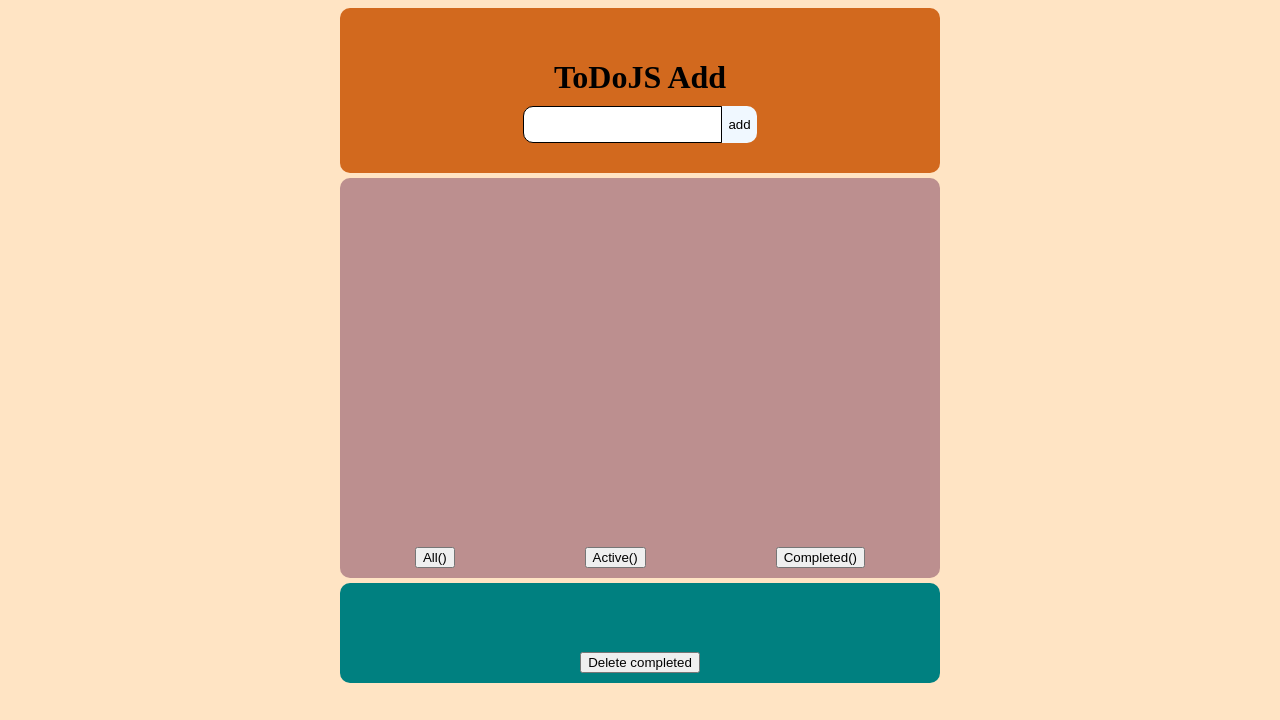
Repository: Savich01/ToDo
Page: index.html
The author's editor kept a copy of each file at every save. The page is drawn from the files as they stood at one save, then again after the next save.
The browser window is 1280 px wide. The pictures show the whole page.

Above is the page before, as saved 2024-05-03 15:48:38.

### index.html
<!DOCTYPE html>
<html lang="en">
<head>
    <meta charset="UTF-8">
    <meta name="viewport" content="width=device-width, initial-scale=1.0">
    <link rel="stylesheet" href="css/style.css">
    <title>ToDO</title>
</head>
<body>
    <header class="header">
        <div class="header-block">
            <div class="header-block__sub">
                <h1 class="title">ToDoJS Add</h1>
                <form class="personal" action="#">
                    <input type="text" class="personal-input">
                    <button class="personal-btn">add</button>
                </form>
            </div>
        </div>
    </header>
     <main class="main">
        <div class="main-block">
            <div class="main-container">

            </div>
            <div class="main-button">
                 <button class="main-btn1">All()</button>
                 <button class="main-btn2">Active()</button>
                 <button class="main-btn3">Completed()</button>
            </div>
            </div>
     </main>
     <footer class="footer">
        <div class="footer-block">
            <div class="footer-btn">
                <button class="btn">Delete completed</button>
            </div>
        </div>
     </footer>
        <script src="js/script.js"></script>
</body>
</html>

### css/style.css
/*------------HEADER-------------------------------------*/

body {
    max-width: 100%;
    background: #FFE4C4;
}
.header {
    margin-bottom: 5px;
}
.header-block {
    max-width: 600px;
    margin: 0 auto;
    background: #D2691E;
    border-radius: 10px;
}
 .header-block__sub {
    display: flex;
    flex-direction: column;
    justify-content: center;
    align-items: center;
    padding: 30px 0px;
 }

 .title {
    margin-bottom: 10px;
 }

 .personal {
    display: flex;
    justify-content: center;
 }

 .personal-input{
    padding: 10px;
    border: 1px solid #000;
    border-radius: 10px 0px 0px 10px;
 }
.personal-btn {
    border: none;
    background-color: aliceblue;
    border-radius: 0px 10px 10px 0px;
    cursor: pointer;
}
/*------------------MAIN-------------------------------------*/

.main-block {
   max-width: 600px;
   margin: 0 auto;
   background: #BC8F8F;
   height: 400px;
   border-radius: 10px;
   display:flex;
   flex-direction: column;
   justify-content: space-between;
   margin-bottom: 5px;
}
.main-button {
    padding: 10px;
    display: flex;
    align-items: flex-end;
    justify-content: space-around

}
.main-container {
    padding: 5px;
}
/*------------------FOOTER--------------------------------------------------*/

.footer-block {
    max-width: 600px;
    margin: 0 auto;
    background: #008080;
    height: 100px;
    border-radius: 10px;
    display: flex;
    align-items: flex-end;
    justify-content: space-around;
}
.footer-btn {
    padding: 10px;
}

Loaded but not shown: js/script.js (no copy from this time; the picture is the same without it)

After the next save:
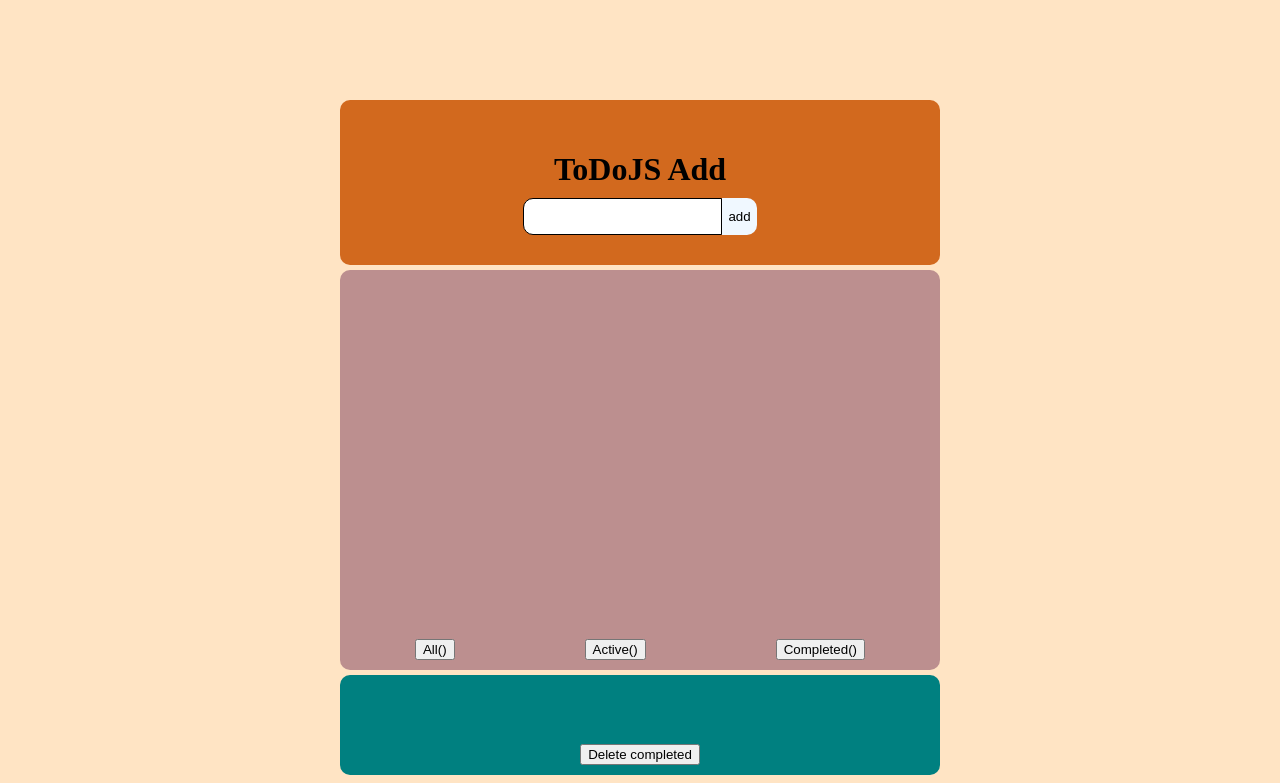
Saved 31 s later.
--- a/css/style.css
+++ b/css/style.css
@@ -5,6 +5,7 @@ body {
     background: #FFE4C4;
 }
 .header {
+    margin-top: 100px;
     margin-bottom: 5px;
 }
 .header-block {
